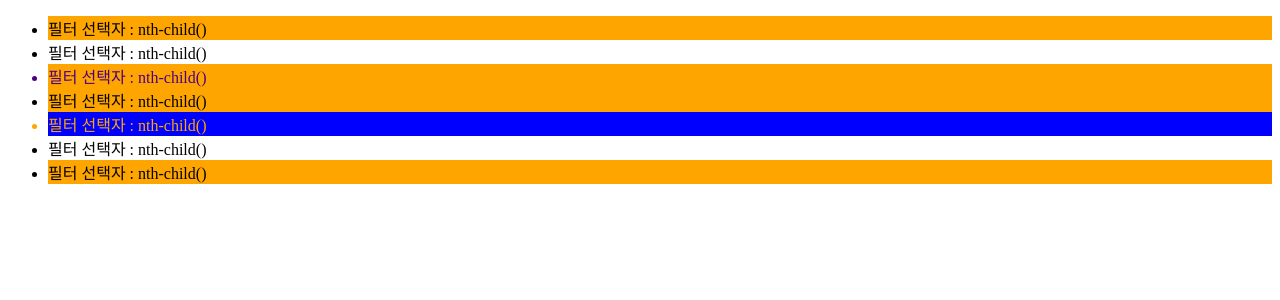
Repository: KangSuA/JSP
Page: webApp/src/main/webapp/jquery/jq05_select.html
The author's editor kept a copy of each file at every save. The page is drawn from the files as they stood at one save, then again after the next save.
The browser window is 1280 px wide. The pictures show the whole page.

Above is the page before, as saved 2023-02-14 06:28:59.

### webApp/src/main/webapp/jquery/jq05_select.html
<!DOCTYPE html>
<html>
<head>
<meta charset="UTF-8">
<title>Insert title here</title>
<script src="https://cdnjs.cloudflare.com/ajax/libs/jquery/3.6.3/jquery.min.js" ></script>
<style>
	.c1{color:white; background:black;}
	.c2{color:indigo; background:orange;}
	.c3{color:orange; background:blue;}
</style>
<script>
	$(function(){
		$("#f>li:nth-child(3n+1)").css('background','orange');

		//addClass() - 클래스 추가
		//remobeClass() - 클래스 지우기
		//toggleClass()

		$("#f>li").eq(1).addClass('c1');
		$("#f>li").eq(1).removeClass('c1');

		$("#f>li").eq(2).addClass('c2');
		$("#f>li").eq(2).addClass('c3');
		$("#f>li").eq(2).removeClass('c3');

		$("#f>li").eq(4).toggleClass('c3');
	});
</script>
</head>
<body>
<ul id="f">
	<li>필터 선택자 : nth-child()</li>
	<li>필터 선택자 : nth-child()</li>
	<li>필터 선택자 : nth-child()</li>
	<li>필터 선택자 : nth-child()</li>
	<li>필터 선택자 : nth-child()</li>
	<li>필터 선택자 : nth-child()</li>
	<li>필터 선택자 : nth-child()</li>
</ul>
</body>
</html>

After the next save:
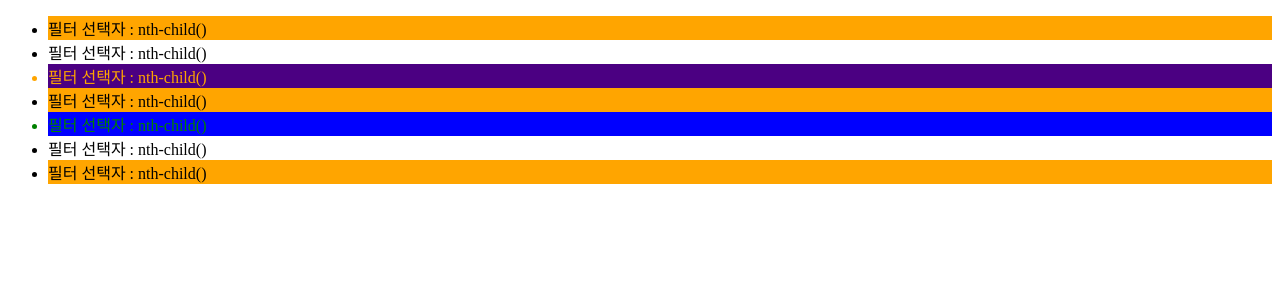
Saved 28 s later.
--- a/webApp/src/main/webapp/jquery/jq05_select.html
+++ b/webApp/src/main/webapp/jquery/jq05_select.html
@@ -6,8 +6,8 @@
 <script src="https://cdnjs.cloudflare.com/ajax/libs/jquery/3.6.3/jquery.min.js" ></script>
 <style>
 	.c1{color:white; background:black;}
-	.c2{color:indigo; background:orange;}
-	.c3{color:orange; background:blue;}
+	.c2{color:orange; background:indigo;}
+	.c3{color:green; background:blue;}
 </style>
 <script>
 	$(function(){
